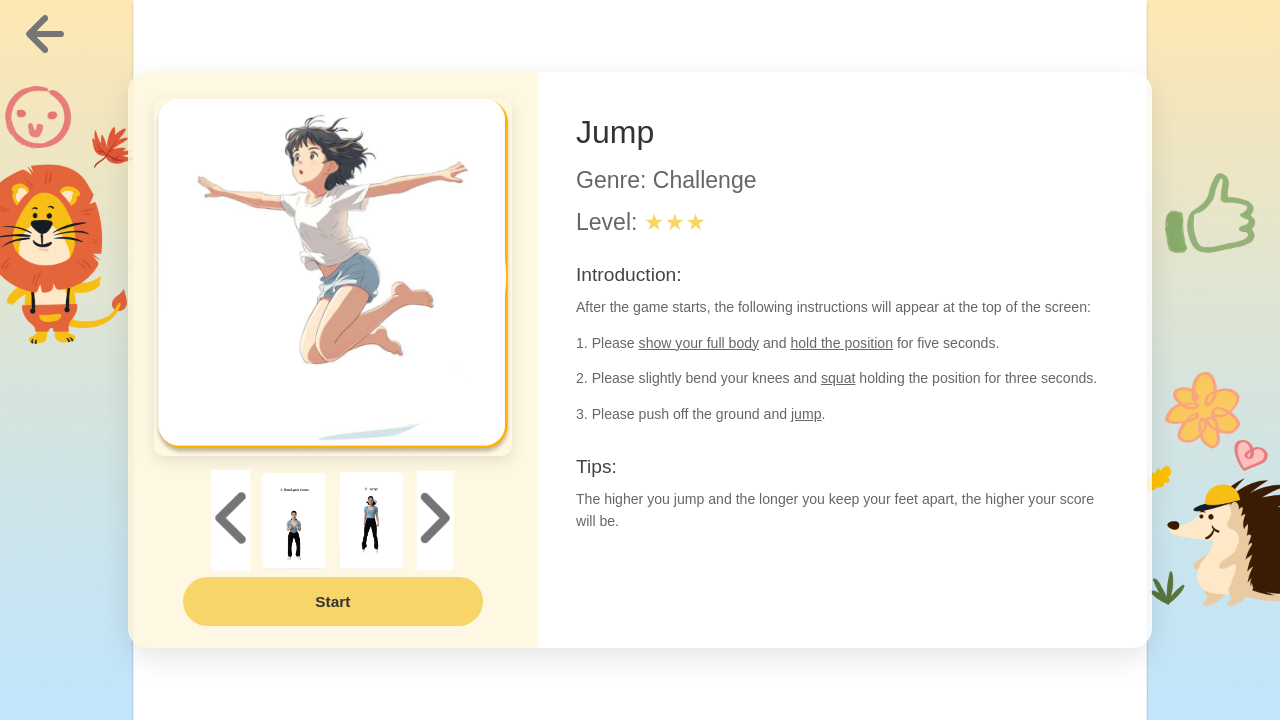
Repository: Jayhawk2000/AR_Game_DCD_Children
Page: cha_jump.html
These files come from the project's save history. The page is drawn as it stood at one moment and after the next save; the edit follows.
The browser window is 1280 px wide. The pictures show the whole page.

Above is the page before, as saved 2024-10-20 16:57:53.

After the next save:
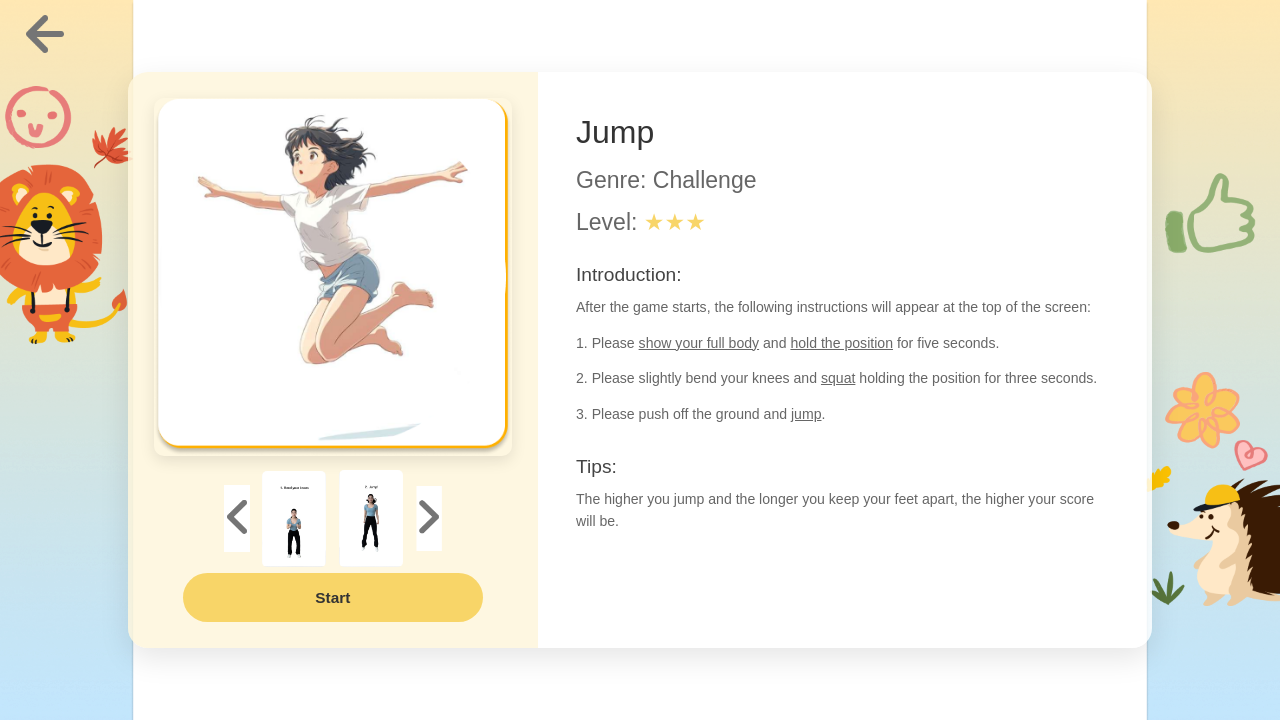
Saved 81 s later.
--- a/cha_jump.html
+++ b/cha_jump.html
@@ -91,7 +91,7 @@
         }
 
         .staticarrow {
-            width: 3vw;
+            width: 2vw;
             height: auto;
             margin: 0 0.5vw;
             cursor: pointer;
